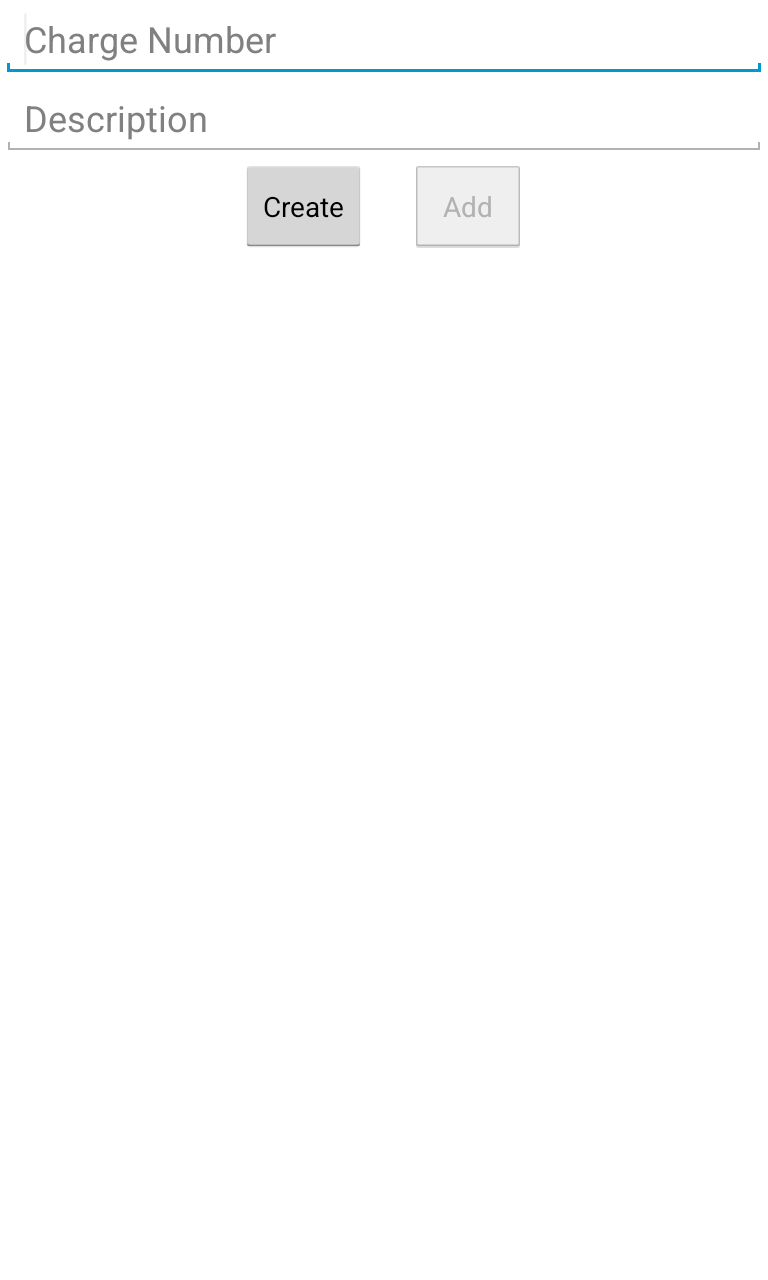
Repository: rotinom/remit
Layout: remit/res/layout/dialog_add_crn.xml
These files come from the project's save history. The layout is drawn as it stood at one moment and after the next save; the edit follows.
It is drawn on a 768 x 1280 px phone screen (xhdpi) without system bars, with theme AppTheme; the app's code is not run.

Above is the layout before, as saved 2013-12-23 04:37:21.

After the next save:
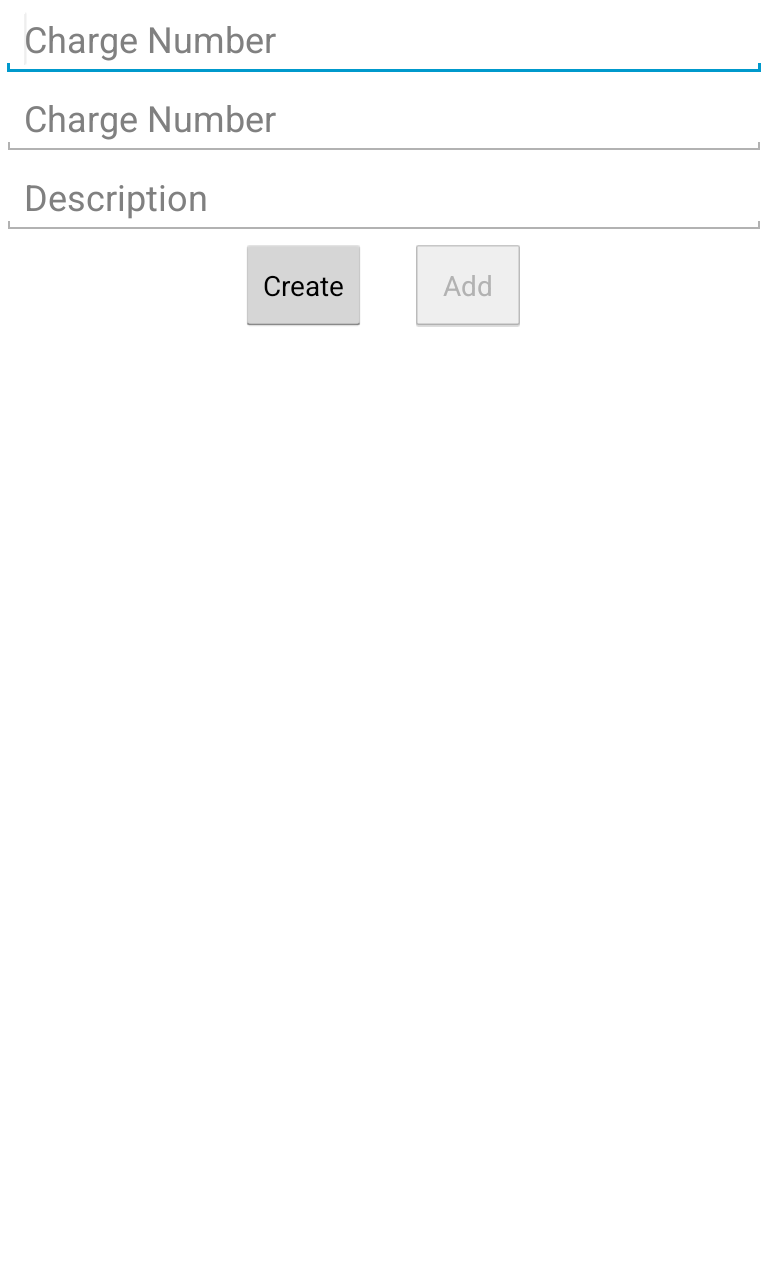
Saved 4 min 50 s later.
--- a/remit/res/layout/dialog_add_crn.xml
+++ b/remit/res/layout/dialog_add_crn.xml
@@ -14,6 +14,14 @@
 
         <requestFocus />
     </EditText>
+
+    <AutoCompleteTextView
+        android:id="@+id/autoCompleteTextView1"
+        android:layout_width="match_parent"
+        android:layout_height="wrap_content"
+        android:ems="10"
+        android:hint="Charge Number"
+        android:inputType="number" />
 
     <EditText
         android:id="@+id/edit_crn_desc"
